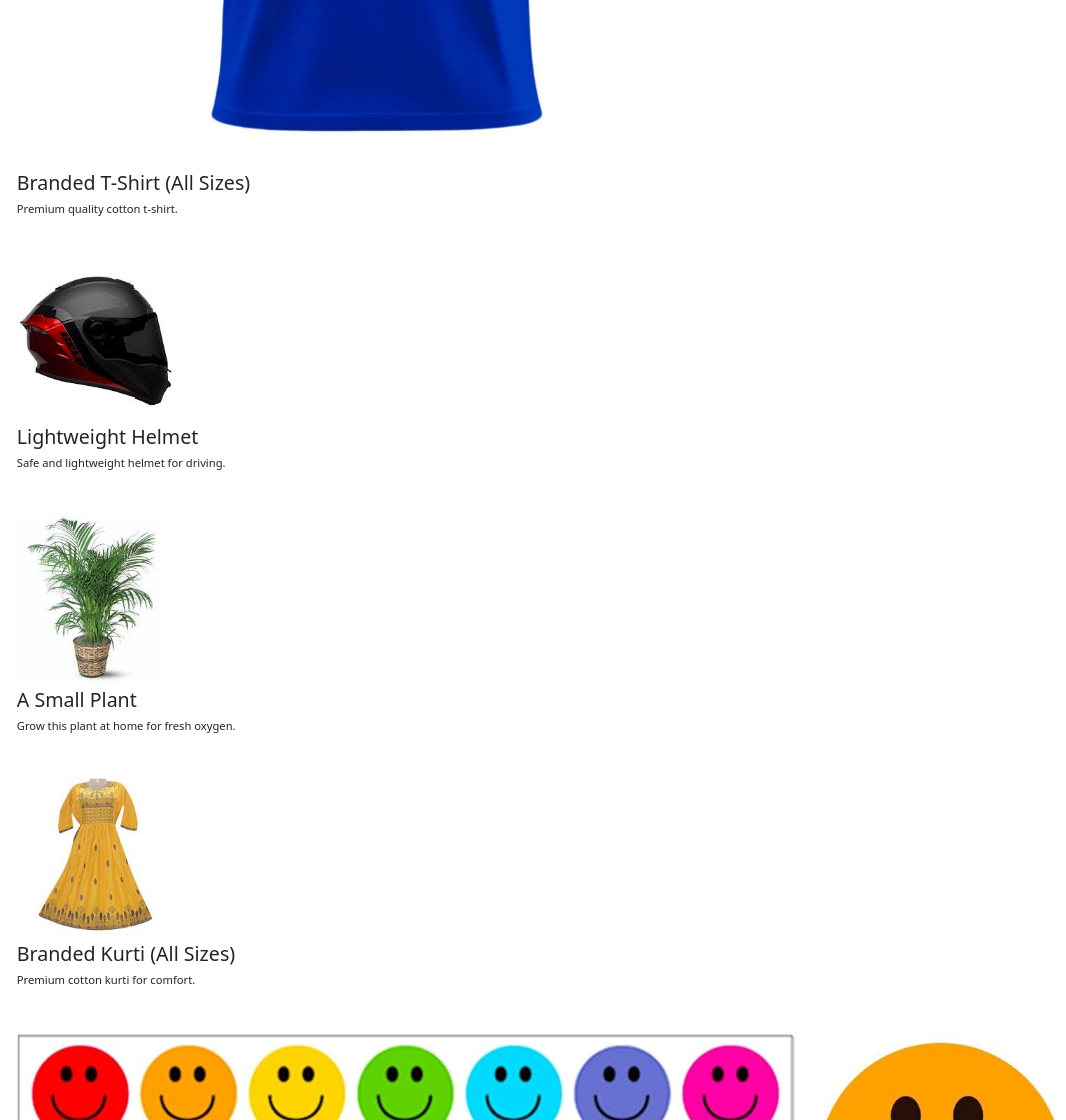
Repository: rahul-chakradhari/devquest
Page: /res (app in project/)
An editor plug-in stored every save of this project. The page is shown before and after the next save, followed by the edit.
The browser window is 1280 px wide. The page is 1523 px wide, so the pictures cover 1523 px, including what lies to the right of the window. The pictures show the part of the page from y = 906 to 2506 px (the page is 4357 px tall), at 70% of full size.
The project was rebuilt for these pictures with package versions that can differ from the ones it lists, and the page was loaded fresh each time. Also part of the build but not shown: project/vite.config.js, project/src/App.css, project/src/components/Home.jsx, project/src/components/About.jsx, project/src/components/ProgressBar.jsx, project/src/components/PerformanceAnalysis.jsx, project/src/components/Quiz.jsx, project/src/index.css.

Above is the page before, as saved 2025-02-24 14:22:25.

### project/index.html
<!DOCTYPE html>
<html lang="en">
  <head>
    <meta charset="UTF-8" />
    <link rel="icon" type="image/svg+xml" href="/vite.svg" />
    <meta name="viewport" content="width=device-width, initial-scale=1.0" />
    <title>ExamEase - Interactive Quiz & Assessment System</title>
    <link
      href="https://cdn.jsdelivr.net/npm/bootstrap@5.3.3/dist/css/bootstrap.min.css"
      rel="stylesheet"
      integrity="sha384-QWTKZyjpPEjISv5WaRU9OFeRpok6YctnYmDr5pNlyT2bRjXh0JMhjY6hW+ALEwIH"
      crossorigin="anonymous"
    />
    <link rel="stylesheet" href="https://cdnjs.cloudflare.com/ajax/libs/font-awesome/6.5.1/css/all.min.css">

  </head>
  <body>
    <div id="root"></div>
    <script type="module" src="/src/main.jsx"></script>
    <script
      src="https://cdn.jsdelivr.net/npm/bootstrap@5.3.3/dist/js/bootstrap.bundle.min.js"
      integrity="sha384-YvpcrYf0tY3lHB60NNkmXc5s9fDVZLESaAA55NDzOxhy9GkcIdslK1eN7N6jIeHz"
      crossorigin="anonymous"
    ></script>
  </body>
</html>

### project/src/App.jsx
import { useState } from "react";
import "./App.css";
import React from "react";
import { BrowserRouter as Router, Routes, Route } from "react-router-dom";
import Navbar from "./components/Navbar";
import Home from "./components/Home";
import About from "./components/About";
import Quiz from "./components/Quiz";
import ProgressBar from "./components/ProgressBar";
import PerformanceAnalysis from "./components/PerformanceAnalysis";
import Resources from "./components/Resources";

function App() {
  const [count, setCount] = useState(0);
  const [questionStats, setQuestionStats] = useState({});
  return (
    <>
      <Router>
        <Navbar />
        <Routes>
          <Route path="/about" element={<About />} />
          <Route path="/" element={<Home />} />
          <Route path="/quiz" element={<Quiz />} />
          <Route path="/bar" element={<ProgressBar />} />
          <Route
            path="/performance-analysis"
            element={
              <PerformanceAnalysis questionStats={questionStats || {}} />
            }
          />
          <Route path="/res" element={<Resources />} />
        </Routes>
      </Router>
    </>
  );
}

export default App;

### project/src/components/Navbar.jsx
import React from "react";
import { Link } from "react-router-dom";

const Navbar = () => {
  return (
    <nav className="navbar navbar-expand-lg navbar-dark bg-dark">
      <div className="container-fluid">
        <Link className="navbar-brand" to="/">
          ExamEase <i className="fa-solid fa-graduation-cap"></i>
        </Link>
        <button
          className="navbar-toggler"
          type="button"
          data-bs-toggle="collapse"
          data-bs-target="#navbarSupportedContent"
          aria-controls="navbarSupportedContent"
          aria-expanded="false"
          aria-label="Toggle navigation"
        >
          <span className="navbar-toggler-icon"></span>
        </button>
        <div className="collapse navbar-collapse" id="navbarSupportedContent">
          <ul className="navbar-nav me-auto mb-2 mb-lg-0">
            <li className="nav-item">
              <Link className="nav-link active" to="/">
                Home
              </Link>
            </li>
            <li className="nav-item">
              <Link className="nav-link active" to="/about">
                About
              </Link>
            </li>
            <li className="nav-item">
              <Link className="nav-link active" to="/quiz">
                Quiz
              </Link>
            </li>
            <li className="nav-item">
              <Link className="nav-link active" to="/res">
                Resources
              </Link>
            </li>
          </ul>
        </div>
      </div>
    </nav>
  );
};

export default Navbar;

### project/src/components/Resources.jsx
import React from "react";

const rewards = [
  {
    title: "Branded T-Shirt (All Sizes)",
    img: "/shirt.webp",
    description: "Premium quality cotton t-shirt.",
    points: 1000,
  },
  {
    title: "Lightweight Helmet",
    img: "/Helmet.jpg",
    description: "Safe and lightweight helmet for driving.",
    points: 800,
  },
  {
    title: "A Small Plant",
    img: "/tree.jpg",
    description: "Grow this plant at home for fresh oxygen.",
    points: 200,
  },
  {
    title: "Branded Kurti (All Sizes)",
    img: "/kurti.jpg",
    description: "Premium cotton kurti for comfort.",
    points: 1000,
  },
  {
    title: "Happy Stickers",
    img: "/happy.jpg",
    description: "Decorate your accessories with these stickers.",
    points: 300,
  },
  {
    title: "1L Water Bottle",
    img: "/bottle.jpg",
    description: "Stay hydrated with this travel-friendly bottle.",
    points: 250,
  },
];

const Resources = () => {
  return (
    <div className="p-6">
      <h2 className="text-xl font-bold text-center mb-4">
        🏆 Available Rewards
      </h2>
      <div className="grid grid-cols-1 sm:grid-cols-2 md:grid-cols-3 gap-6">
        {rewards.map((reward, index) => (
          <div key={index} className="bg-white p-4 rounded-lg shadow-md">
            <img
              src={reward.img}
              alt={reward.title}
              className="w-full h-40 object-cover rounded-lg"
            />
            <h3 className="text-lg font-semibold mt-2">{reward.title}</h3>
            <p className="text-gray-600 text-sm">{reward.description}</p>
          </div>
        ))}
      </div>
    </div>
  );
};

export default Resources;

Loaded but not shown: project/src/main.jsx (common file)

After the next save:
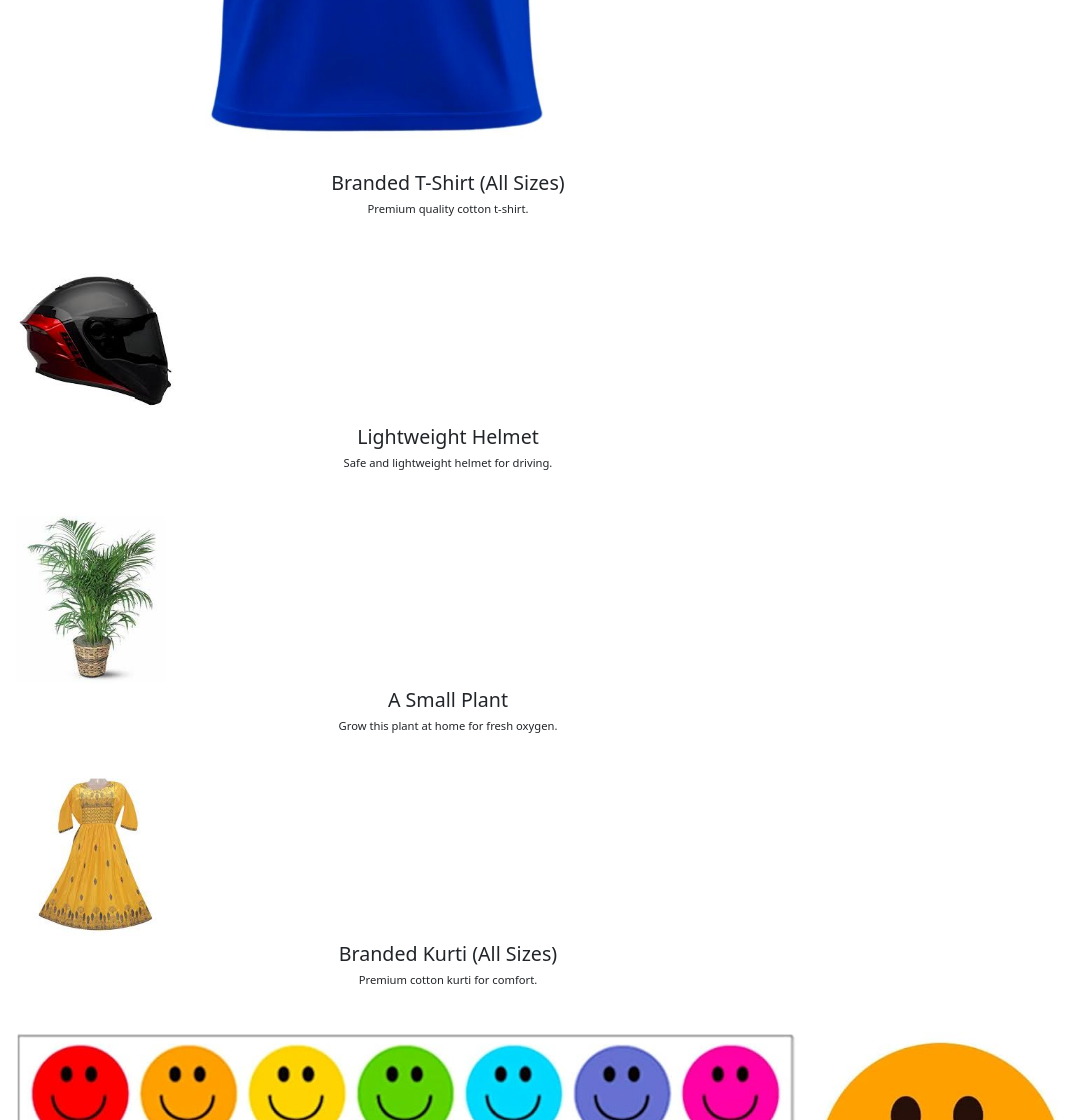
Saved 61 s later.
--- a/project/src/components/Resources.jsx
+++ b/project/src/components/Resources.jsx
@@ -45,16 +45,24 @@ const Resources = () => {
       <h2 className="text-xl font-bold text-center mb-4">
         🏆 Available Rewards
       </h2>
+      {/* Grid Layout for 3 Cards Per Row */}
       <div className="grid grid-cols-1 sm:grid-cols-2 md:grid-cols-3 gap-6">
         {rewards.map((reward, index) => (
-          <div key={index} className="bg-white p-4 rounded-lg shadow-md">
+          <div
+            key={index}
+            className="bg-white p-4 rounded-lg shadow-md flex flex-col items-center"
+          >
             <img
               src={reward.img}
               alt={reward.title}
-              className="w-full h-40 object-cover rounded-lg"
+              className="w-40 h-40 object-cover rounded-lg"
             />
-            <h3 className="text-lg font-semibold mt-2">{reward.title}</h3>
-            <p className="text-gray-600 text-sm">{reward.description}</p>
+            <h3 className="text-lg font-semibold mt-2 text-center">
+              {reward.title}
+            </h3>
+            <p className="text-gray-600 text-sm text-center">
+              {reward.description}
+            </p>
           </div>
         ))}
       </div>
